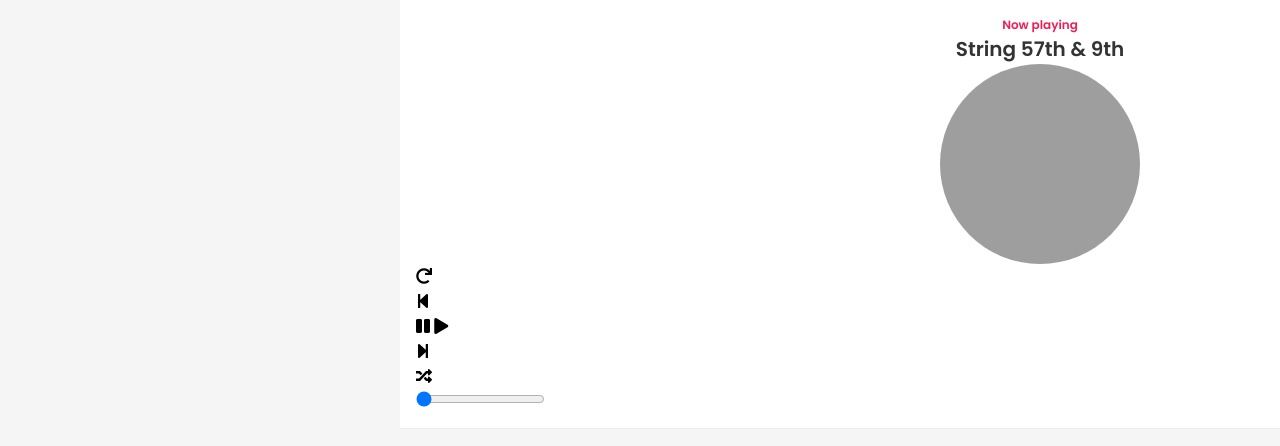
Repository: NBlue/Music_Player
Page: index.html
The author's editor kept a copy of each file at every save. The page is drawn from the files as they stood at one save, then again after the next save.
The browser window is 1280 px wide. The pictures show the whole page.
Pictures or frames that could not be fetched are drawn as grey boxes.

Above is the page before, as saved 2021-10-12 21:53:56.

After the next save:
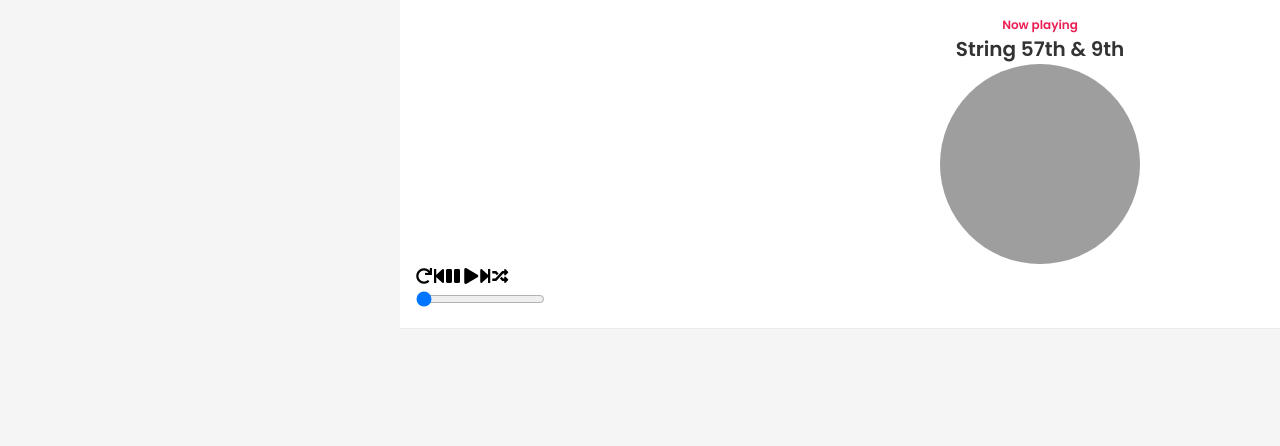
Saved 56 s later.
--- a/assets/css/style.css
+++ b/assets/css/style.css
@@ -73,7 +73,10 @@ header h2 {
     background-size: cover;
     margin: auto;
 }
+
+/* CONTROL */
 .control {
+    display: flex;
 }
 .btn {
 }
